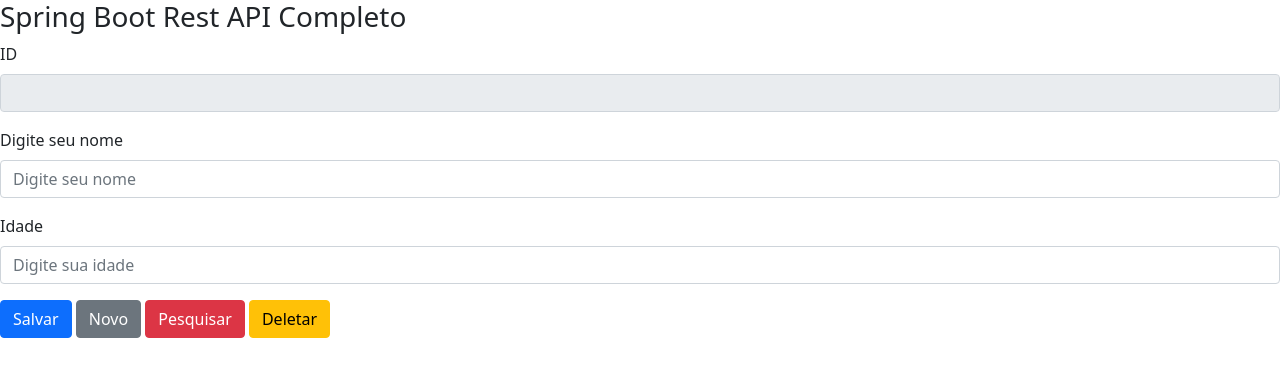
Repository: aldo-pereira22/projeto-srping-boot-1
Page: back-end/springboot-rest-api-sample/src/main/resources/static/index.html
The author's editor kept a copy of each file at every save. The page is drawn from the files as they stood at one save, then again after the next save.
The browser window is 1280 px wide. The pictures show the whole page.

Above is the page before, as saved 2021-06-10 20:28:46.

After the next save:
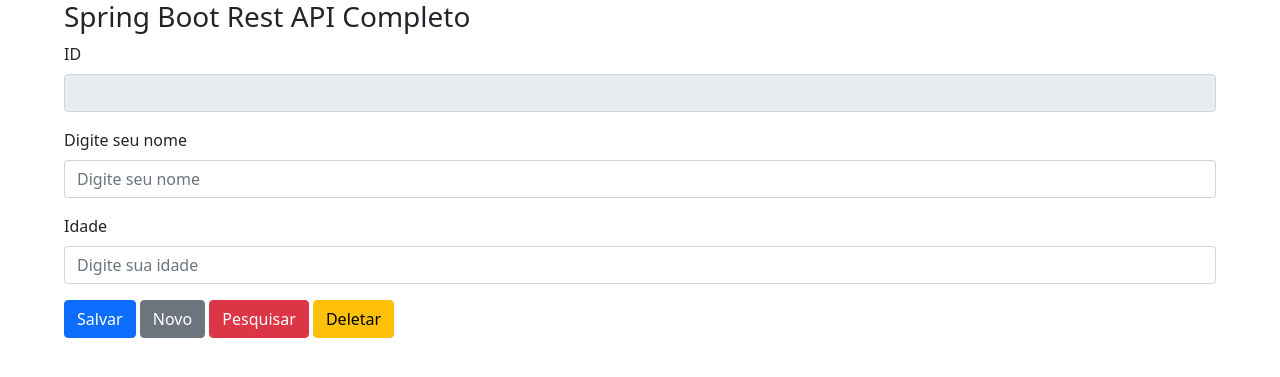
Saved 3 min 57 s later.
--- a/back-end/springboot-rest-api-sample/src/main/resources/static/index.html
+++ b/back-end/springboot-rest-api-sample/src/main/resources/static/index.html
@@ -8,6 +8,14 @@
 	<link href="https://cdn.jsdelivr.net/npm/bootstrap@5.0.1/dist/css/bootstrap.min.css" rel="stylesheet"
 		integrity="sha384-+0n0xVW2eSR5OomGNYDnhzAbDsOXxcvSN1TPprVMTNDbiYZCxYbOOl7+AMvyTG2x" crossorigin="anonymous">
 
+<style type="text/css" >
+
+	html {
+		margin-left: 5%;
+		margin-right: 5%;
+
+	}
+</style>
 </head>
 
 <body>
